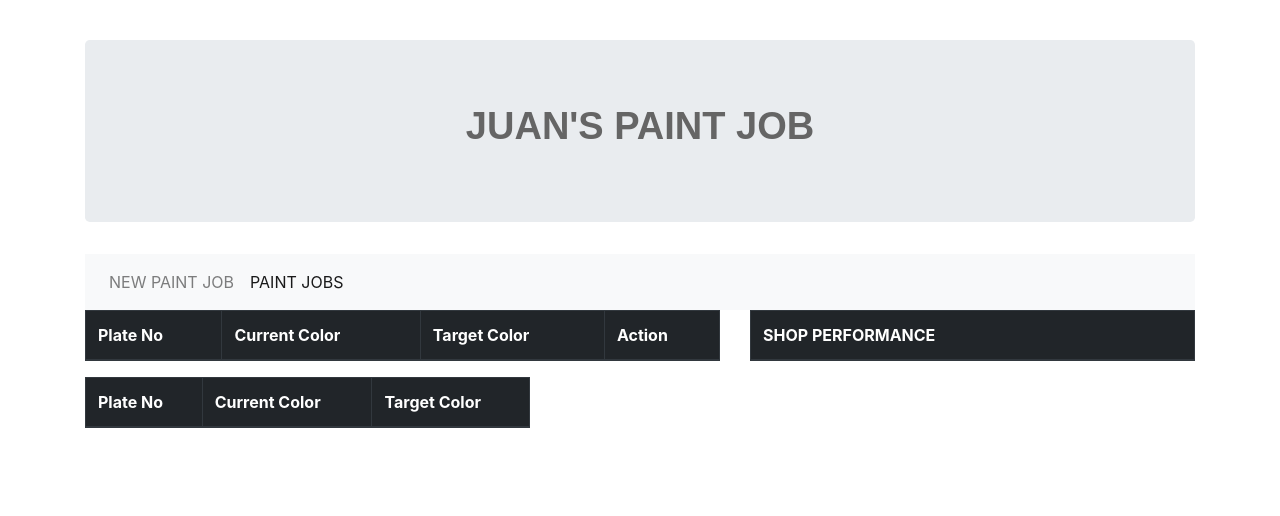
Repository: soycaringal/paint-job
Page: http://localhost/jobs
These files come from the project's save history. The page is drawn as it stood at one moment and after the next save; the edit follows.
The browser window is 1280 px wide. The pictures show the whole page.
The page is served by the project's Laravel application, run on PHP 8.4 with Laravel 8. Queries for data that is not in the repository find no rows.

Above is the page before, as saved 2020-02-22 22:42:17.

After the next save:
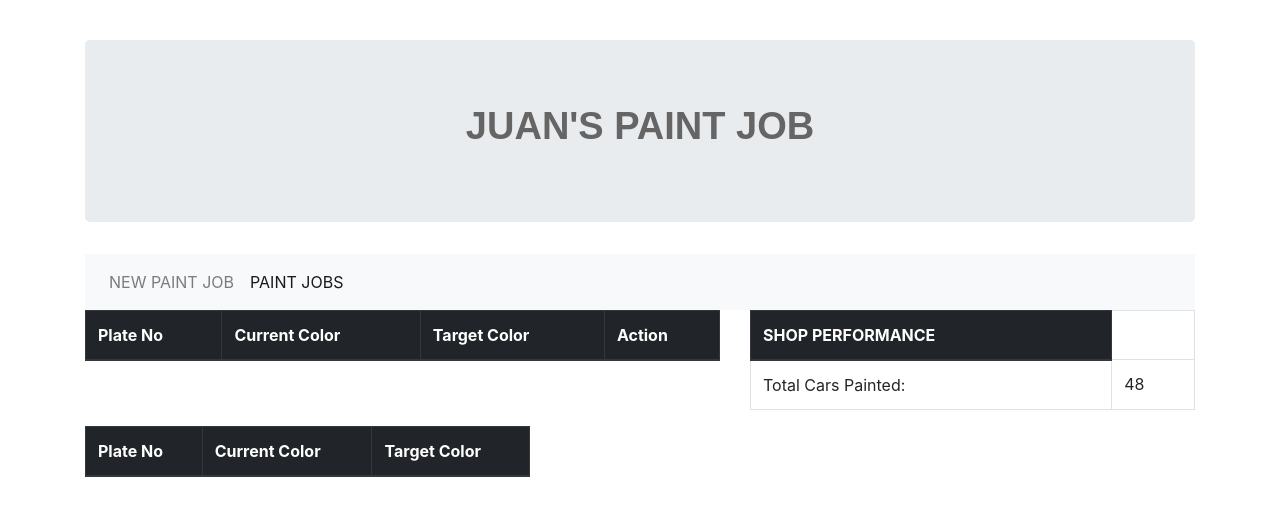
Saved 58 s later.
--- a/resources/views/jobs.blade.php
+++ b/resources/views/jobs.blade.php
@@ -29,7 +29,10 @@
                     </tr>
                 </thead>
                 <tbody class="car-performance">
-
+                   <tr>
+                       <td>Total Cars Painted:</td>
+                       <td>48</td>
+                   </tr>
                 </tbody>
             </table>
         </div>
